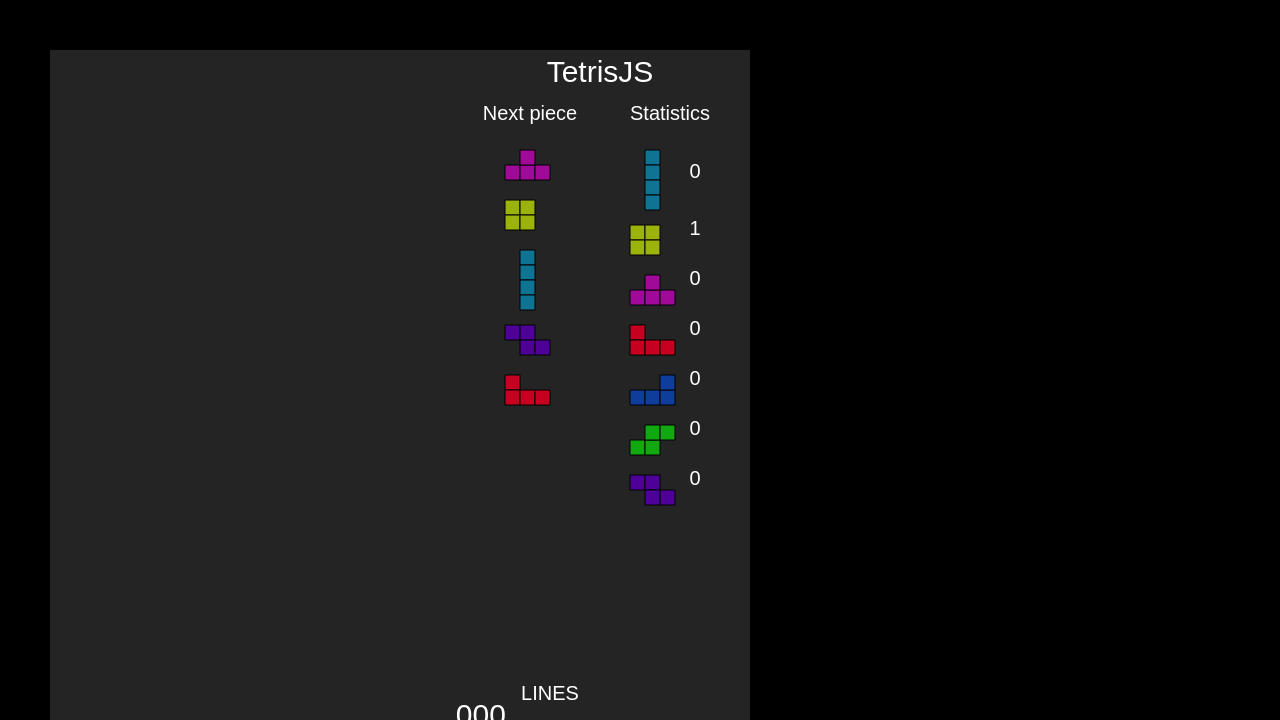
Repository: hosua/TetrisJS
Page: index.html
An editor plug-in stored every save of this project. The page is shown before and after a run of saves, followed by the edit.
The browser window is 1280 px wide. The pictures show the whole page.

Above is the page before, as saved 2023-11-07 20:11:26.
Console error: TypeError: Cannot read properties of undefined (reading 'toString')

### index.html
<html lang="en">
	<link rel="stylesheet" href="style.css">
	<head>
		<meta charset="UTF-8" />
		<meta name="viewport" content="width=device-width, initial-scale=1.0" />
		<title>TetrisJS</title>
	</head>
	<body>
		<canvas id="background-canvas" width="700" height="800"></canvas>
		<canvas id="tetris-canvas" width="400" height="800"></canvas>

		<script type="module" src="./src/main.js"></script>
	</body>
</html>

### src/main.js
import { GFX, Tetris, Tetronimo, P_TYPE, KEY } from "./Tetris.js"

const FALL_TICK = 200; // If we ever implement levels, this determines the difficulty
const DELAY_TICK = 200; // additional wait time after a piece lands
const CLEAR_DELAY = 200; // additional wait time before a line is cleared

let gfx = new GFX();
let tetris = new Tetris(15);

function handle_input(e) {
	let keycode = e.keyCode;
	console.log(`Pressing ${keycode}`);
	switch (keycode) {
		case KEY.LEFT:
		case KEY.RIGHT:
		case KEY.DOWN:
			tetronimo.move(keycode, tetris);
			break;
		case KEY.X:
		case KEY.Z:
			tetronimo.rotate(keycode, tetris);
			break;
		case KEY.SPACE:
			tetronimo.hard_drop(tetris);
			break;
	}
	gfx.draw_all_game_elements(tetris.grid, tetronimo);
}

document.addEventListener('keydown', (e) => { return handle_input(e); });

let tetronimo = tetris.queue.shift();
tetris.piece_counter[tetronimo.type]++;

while (true) {
	while (!tetris.check_gameover()) {
		gfx.draw_ui_all(tetris);
		while (tetronimo.fall(tetris.grid)) {
			gfx.draw_all_game_elements(tetris.grid, tetronimo);
			await new Promise(resolve => setTimeout(resolve, tetris.fall_tick));
			console.log(`fall tick: ${tetris.fall_tick}`);
		}
		tetronimo = tetris.queue.shift();
		tetris.queue.push(tetris.spawn_rand_piece());
		tetris.piece_counter[tetronimo.type]++;

		let lines_cleared_this_turn = tetris.clear_lines();
		if (lines_cleared_this_turn > 0) {
			await new Promise(resolve => setTimeout(resolve, CLEAR_DELAY));
			gfx.draw_all_game_elements(tetris.grid, tetronimo);
			tetris.score_keeper(lines_cleared);
		}
		await new Promise(resolve => setTimeout(resolve, DELAY_TICK));
	}
	gfx = new GFX();
	tetris = new Tetris();
}

### src/Tetris.js
const bg_canvas = document.getElementById("background-canvas");
const tetris_canvas = document.getElementById("tetris-canvas");

const BG_COLOR = "#242424";
const FIELD_COLOR = "grey";
const PLAYFIELD_YMAX = 25;
const PLAYFIELD_XMAX = 10;
const Y_OFF = 5;

export const KEY = {
	SPACE: 32, 								// hard drop
	LEFT: 37, UP: 38, RIGHT: 39, DOWN: 40,  // move piece
	C: 67, 									// hold piece
	P: 80, 									// pause
	X: 88, 									// rotate right
	Z: 90, 									// rotate left
};

export const P_TYPE = {
	NONE: 0,
	I: 1, O: 2, T: 3, S: 4,
	Z: 5, J: 6, L: 7,
}

const P_COLORS = {
	[P_TYPE.I]: "#0f7394", [P_TYPE.O]: "#9cb30b", [P_TYPE.T]: "#a10a99",
	[P_TYPE.S]: "#11a811", [P_TYPE.Z]: "#4f0099", [P_TYPE.J]: "#c70021",
	[P_TYPE.L]: "#0e3d9c",
}

export class Tetronimo {
	constructor(piece_type) {
		this.type = piece_type;
		this.origin = [0, 0];
		this.blocks = Array(4).fill([0, 0]); // block positions relative to origin
		this.spawn_piece();
	}

	print() {
		console.log(this.origin);
		console.log(this.blocks);
	}

	// Since collision detection can usually be solved by checking mins and maxes, some helper methods
	// for getting them are implemented
	min_x() {
		let res = Number.MAX_SAFE_INTEGER;
		for (let block of this.blocks)
			res = Math.min(res, block[0] + this.origin[0]);
		return res;
	}

	max_x() {
		let res = Number.MIN_SAFE_INTEGER;
		for (let block of this.blocks)
			res = Math.max(res, block[0] + this.origin[0]);
		return res;
	}

	min_y() {
		let res = Number.MAX_SAFE_INTEGER;
		for (let block of this.blocks)
			res = Math.min(res, block[1] + this.origin[1]);
		return res;
	}

	max_y() {
		let res = Number.MIN_SAFE_INTEGER;
		for (let block of this.blocks)
			res = Math.max(res, block[1] + this.origin[1]);
		return res;
	}

	// check if valid move by making a copy of the tetronimo's new position and checking if there is
	// any overlap with the grid.
	// Returns true if the new move is valid
	check_move(grid, dx, dy) {
		for (let block of this.blocks) {
			let nx = this.origin[0] + dx + block[0];
			let ny = this.origin[1] + dy + block[1];
			if (grid[ny][nx] !== P_TYPE.NONE)
				return false;
		}
		return true;
	}

	spawn_piece() {
		this.origin = [5, 4];
		switch (this.type) {
			case P_TYPE.I:
				this.blocks = [[0, -1], [0, 0], [0, 1], [0, 2]];
				break;
			case P_TYPE.O:
				this.blocks = [[-1, -1], [-1, 0], [0, -1], [0, 0]];
				break;
			case P_TYPE.T:
				this.blocks = [[-1, 0], [0, 0], [1, 0], [0, -1]];
				break;
			case P_TYPE.S:
				this.blocks = [[-1, 0], [0, 0], [0, -1], [1, -1]];
				break;
			case P_TYPE.Z:
				this.blocks = [[-1, -1], [0, -1], [0, 0], [1, 0]];
				break;
			case P_TYPE.J:
				this.blocks = [[-1, -1], [-1, 0], [0, 0], [1, 0]];
				break;
			case P_TYPE.L:
				this.blocks = [[-1, 0], [0, 0], [1, 0], [1, -1]];
				break;
		}
	}

	// This will check the grid to see if the piece can fall down. If it can, it will move piece down once.
	// returns true if still falling
	fall(grid) {
		let can_fall = true;
		for (let block of this.blocks) {
			let x = this.origin[0] + block[0];
			let y = this.origin[1] + block[1];
			// console.log(x, y);
			// check if min y pos is at bottom
			if (y === PLAYFIELD_YMAX - 1) { // at bottom
				can_fall = false;
			} else if (grid[y + 1][x] !== P_TYPE.NONE) { // if below piece is non-empty
				can_fall = false;
			}
			if (!can_fall)
				break;
		}


		if (can_fall) {
			// move down
			this.origin[1] += 1;
		} else {
			// set to grid
			for (let block of this.blocks) {
				let x = this.origin[0] + block[0];
				let y = this.origin[1] + block[1];
				grid[y][x] = this.type;
			}
		}

		return can_fall;
	}

	move(keycode, tetris) {

		switch (keycode) {
			case KEY.LEFT:
				if (this.min_x() > 0 && this.check_move(tetris.grid, -1, 0))
					this.origin[0]--;
				break;
			case KEY.DOWN:
				if (this.max_y() < PLAYFIELD_YMAX - 1 && this.check_move(tetris.grid, 0, +1)) {
					this.origin[1]++;
					tetris.score += 1; // This will add 1 extra point for every block hard/soft dropped.
				}
				break;
			case KEY.RIGHT:
				if (this.max_x() < PLAYFIELD_XMAX - 1 && this.check_move(tetris.grid, +1, 0))
					this.origin[0]++;
				break;
			case KEY.UP: // This should be removed when were no longer testing
				if (this.max_y() > 0 && this.check_move(tetris.grid, 0, -1))
					this.origin[1]--;
				break;
			default:
				console.log("Error: Move has wrong key: ", keycode);
				break;
		}
	}

	rotate(keycode, tetris) {
		// We cannot rotate O
		if (this.type === P_TYPE.O)
			return;

		// Returns the rotated version of the blocks.
		const get_rotated = (keycode) => {
			// This is a separate function because we want a copy of the rotated
			// piece before actually rotating it to check if the rotation overlaps
			// with another piece, or falls outside the boundaries of the tetris.grid.
			let rotated = this.blocks.map((coord) => { return coord.slice() }); // create hard copy
			if (keycode === KEY.Z) {
				for (let coord of rotated) {
					let x = coord[0];
					let y = coord[1];
					coord[0] = y;
					coord[1] = -x;
				}
			} else if (keycode === KEY.X) {
				for (let coord of rotated) {
					let x = coord[0];
					let y = coord[1];
					coord[0] = -y;
					coord[1] = x;
				}
			}
			return rotated;
		}

		let can_rotate = true;
		let rotated = get_rotated(keycode);
		for (let rot of rotated) {
			let rx = this.origin[0] + rot[0];
			let ry = this.origin[1] + rot[1];
			// first, check if rotated position is within the boundaries of the grid
			if (rx < 0 || rx >= PLAYFIELD_XMAX || ry < 0 || ry >= PLAYFIELD_YMAX) {
				can_rotate = false;
				break;
			}
			// second, check if the rotated position overlaps with any
			// other pieces already on the grid
			if (tetris.grid[ry][rx] !== P_TYPE.NONE) {
				can_rotate = false;
				break;
			}
		}
		if (can_rotate)
			this.blocks = rotated;
	}

	hard_drop(tetris) {
		while (this.fall(tetris.grid)) {
			this.move(KEY.DOWN, tetris);
		}
	}
}

// Actual Tetris Logic
export class Tetris {
	constructor(start_level = 0) {
		this.grid = Array(PLAYFIELD_YMAX).fill().map(
			() => Array(PLAYFIELD_XMAX).fill(P_TYPE.NONE)
		);
		this.piece_counter = { [P_TYPE.I]: 0, [P_TYPE.O]: 0, [P_TYPE.T]: 0, [P_TYPE.J]: 0, [P_TYPE.L]: 0, [P_TYPE.S]: 0, [P_TYPE.Z]: 0 }

		this.score = 0;
		this.level = start_level;
		this.lines_cleared = 0;
		this.tetris_count = 0;
		this.fall_tick = 0; // ms per grid
		this.update_fall_speed();

		this.queue = [];
		this.populate_queue()
	}

	print_grid() { console.log(this.grid); }

	populate_queue(n = 10) {
		this.queue = [];
		for (let i = 0; i < n; i++)
			this.queue.push(this.spawn_rand_piece())
	}

	// If any pieces land above where the game renders, it's game over
	check_gameover() {
		for (let y = 3; y < 5; y++) {
			for (let x = 0; x < PLAYFIELD_XMAX; x++) {
				if (this.grid[y][x] !== P_TYPE.NONE) {
					console.log("Game over!");
					return true;
				}
			}
		}
		return false;
	}

	spawn_rand_piece() {
		let rand_type = Math.round(Math.random() * (P_TYPE.L - 1) + 1);
		return new Tetronimo(rand_type);
	}

	// checks and clears all full lines, returns how many lines were cleared
	clear_lines() {
		console.log("Checking for full lines");
		let lines_cleared = 0;
		// Do a downward scan to see if line is full
		for (let y = 5; y < PLAYFIELD_YMAX; y++) {
			console.log(`y: ${y}`);
			let is_full = true;

			// scan the line
			for (let x = 0; x < PLAYFIELD_XMAX; x++) {
				if (this.grid[y][x] === P_TYPE.NONE) {
					is_full = false;
					break;
				}
			}

			if (is_full) {
				console.log(`Detected full line at ${y}`);
				// clear the current line
				for (let x = 0; x < PLAYFIELD_XMAX; x++) {
					this.grid[y][x] = P_TYPE.NONE;
				}
				// shift all lines above from current y coordinate down 1
				for (let yy = y; yy >= 5; yy--) {
					this.grid[yy] = this.grid[yy - 1]
				}
				lines_cleared++; // will be used for scoring when it's implemented
			}
		}
		return lines_cleared;
	}

	score_keeper(lines_cleared) {
		// n = level
		// 1 line 		2 line 			3 line 			4 line
		// 40 * (n + 1)	100 * (n + 1)	300 * (n + 1)	1200 * (n + 1)
		switch (lines_cleared) {
			case 1:
				this.score += 40 * (this.level + 1);
				break;
			case 2:
				this.score += 100 * (this.level + 1);
				break;
			case 3:
				this.score += 300 * (this.level + 1);
				break;
			case 4:
				this.score += 1200 * (this.level + 1);
				break;
		}
	}

	// When level up happens, speed up the fall speed.
	update_fall_speed() {
		if (this.level < 9)
			this.fall_tick = (48 - (5 * (this.level + 1))) * 61;
		else if (this.level == 9)
			this.fall_tick = 6 * 61;
		else if (this.level < 13)
			this.fall_tick = 5 * 61;
		else if (this.level < 16)
			this.fall_tick = 4 * 61;
		else if (this.level < 16)
			this.fall_tick = 3 * 61;
		else if (this.level < 19)
			this.fall_tick = 2 * 61;
		else
			this.fall_tick = 1 * 61;
	}
}

// Tetronimo objects for drawing UI
const TET_UI = [
	new Tetronimo(P_TYPE.I),
	new Tetronimo(P_TYPE.O),
	new Tetronimo(P_TYPE.T),
	new Tetronimo(P_TYPE.J),
	new Tetronimo(P_TYPE.L),
	new Tetronimo(P_TYPE.S),
	new Tetronimo(P_TYPE.Z),
]

export class GFX {
	constructor() {
		bg_canvas.style.position = "absolute";
		tetris_canvas.style.position = "absolute";
		bg_canvas.style.top = "50";
		bg_canvas.style.left = "50";
		tetris_canvas.style.top = "50";
		tetris_canvas.style.left = "50";
		this.ui_offset = tetris_canvas.width;
		this.ui_width = bg_canvas.width - tetris_canvas.width;
	}


	draw_playfield() {
		const ctx = tetris_canvas.getContext("2d");
		ctx.fillStyle = FIELD_COLOR;
		ctx.fillRect(0, 0, tetris_canvas.width, tetris_canvas.height);
	}

	draw_gridlines() {
		const ctx = tetris_canvas.getContext("2d");
		const horiz_inc = tetris_canvas.height / 20;
		const vert_inc = tetris_canvas.width / 10;

		// Draw horizontal lines
		for (let y = 0; y < tetris_canvas.height; y += horiz_inc) {
			ctx.beginPath();
			ctx.moveTo(0, y);
			ctx.lineTo(tetris_canvas.width, y);
			ctx.stroke();
		}
		// Draw vertical lines
		for (let x = 0; x < tetris_canvas.width; x += vert_inc) {
			ctx.beginPath();
			ctx.moveTo(x, 0);
			ctx.lineTo(x, tetris_canvas.height);
			ctx.stroke();
		}
	}

	// Draw the actual pieces and shit on the 2d grid (except the piece currently in motion)
	draw_grid_elements(grid) {
		const ctx = tetris_canvas.getContext("2d");
		const horiz_inc = tetris_canvas.height / 20;
		const vert_inc = tetris_canvas.width / 10;

		for (let y = PLAYFIELD_YMAX - 1; y >= PLAYFIELD_YMAX - 20; y--) {
			for (let x = 0; x < PLAYFIELD_XMAX; x++) {
				// dx, dy are drawing coords
				let dx = x * horiz_inc;
				let dy = (y - Y_OFF) * vert_inc;
				if (grid[y][x] != P_TYPE.NONE) {
					ctx.fillStyle = P_COLORS[grid[y][x]];
					ctx.beginPath();
					ctx.rect(dx, dy, horiz_inc, vert_inc);
					ctx.fill();
					ctx.stroke();
				}
			}
		}
	}

	// this will draw the tetronimo in motion
	// We are avoiding putting the tetronimo on the actual grid until it lands, this way we don't
	// have to handle creating and destroying the blocks every time it shifts down once.
	draw_falling_tetronimo(tetronimo) {
		const ctx = tetris_canvas.getContext("2d");
		const horiz_inc = tetris_canvas.height / 20;
		const vert_inc = tetris_canvas.width / 10;

		let origin = tetronimo.origin;
		let blocks = tetronimo.blocks;
		let p_type = tetronimo.type;

		ctx.fillStyle = P_COLORS[p_type];
		for (let block of blocks) {
			let dx = (origin[0] + block[0]) * horiz_inc;
			let dy = (origin[1] + block[1] - Y_OFF) * vert_inc;
			ctx.beginPath();
			ctx.rect(dx, dy, horiz_inc, vert_inc);
			ctx.fill();
			ctx.stroke();
		}
	}

	draw_all_game_elements(grid, tetronimo) {
		// this.draw_background();
		this.draw_playfield();
		this.draw_grid_elements(grid);
		this.draw_gridlines();
		this.draw_falling_tetronimo(tetronimo);
	}

	/* UI drawing methods below */

	draw_ui_all(tetris) {
		this.draw_ui_background();
		this.draw_ui_text("TetrisJS", 30, this.ui_offset + (this.ui_width / 2), 32);
		this.draw_ui_stats(tetris.piece_counter);
		this.draw_ui_queue(tetris);
		this.draw_ui_text("Made by Hoswoo", 20, this.ui_offset + (this.ui_width / 2), bg_canvas.height - 15);
		this.draw_ui_score(tetris);
		this.draw_ui_level(tetris);
		this.draw_lines_cleared(tetris);
	}

	draw_ui_background() {
		const ctx = bg_canvas.getContext("2d");
		ctx.fillStyle = BG_COLOR;
		ctx.fillRect(0, 0, bg_canvas.width, bg_canvas.height);
	}

	draw_ui_mini_piece(tetronimo, x, y) {
		const ctx = bg_canvas.getContext("2d");
		const dim = 15;
		const x_off = -100;
		const y_off = -625;

		let origin = tetronimo.origin;
		let blocks = tetronimo.blocks;
		let p_type = tetronimo.type;

		ctx.fillStyle = P_COLORS[p_type];

		for (let block of blocks) {
			let dx = x + x_off + (origin[0] + block[0]) * dim;
			let dy = y + y_off + (origin[1] + block[1]) * dim;
			ctx.beginPath();
			ctx.rect(dx, dy, dim, dim);
			ctx.fill();
			ctx.stroke();
		}
	}

	draw_ui_text(text, size, x, y) {
		const ctx = bg_canvas.getContext("2d");
		ctx.font = size.toString() + "px Arial";
		ctx.textAlign = "center";
		ctx.fillStyle = "white";
		ctx.fillText(text, x, y);
	}

	draw_ui_queue(tetris, count = 5) { // Draw 'count' next pieces
		let x = this.ui_offset + 80;
		let y = this.ui_offset + 280;
		let y_inc = 50;

		this.draw_ui_text("Next piece", 20, x, 70);
		for (let i = 0; i < count; i++) {
			let piece = tetris.queue[i];
			this.draw_ui_mini_piece(piece, x + 15, y);
			if (piece.type == P_TYPE.I)
				y += 25;
			y += y_inc;
		}
	}

	draw_ui_stats(piece_counter) {
		let x = this.ui_offset + 220;
		let x_gap = 25;
		let y = this.ui_offset + 355;
		let y_inc = 50;
		let i_piece = TET_UI[0];

		this.draw_ui_text("Statistics", 20, x, 70);
		this.draw_ui_mini_piece(i_piece, x, this.ui_offset + 280);
		this.draw_ui_text(piece_counter[P_TYPE.I].toString(), 20, x + x_gap, 128);

		let dy = 185;
		let dy_inc = 50;
		for (let i = 1; i < TET_UI.length; i++) {
			let piece = TET_UI[i];
			this.draw_ui_mini_piece(piece, x, y);
			this.draw_ui_text(piece_counter[piece.type], 20, x + x_gap, dy);
			y += y_inc;
			dy += dy_inc;
		}
	}

	draw_ui_score(tetris) {
		let x = this.ui_offset + 100;
		let y = 725;
		let y_inc = 25;
		this.draw_ui_text(`SCORE`, 20, x - 48, y);
		this.draw_ui_text(`${tetris.score.toString().padStart(10, '0')}`, 30, x, y + y_inc);
	}

	draw_ui_level(tetris) {
		let x = this.ui_offset + 285;
		let y = 725;
		let y_inc = 25;
		this.draw_ui_text(`LEVEL`, 20, x - 48, y);
		this.draw_ui_text(`${tetris.level.toString().padStart(2, '0')}`, 30, x - 65, y + y_inc);
	}

	draw_lines_cleared(tetris) { // also displays tetris count
		let x = this.ui_offset + 100;
		let y = 650;
		let y_inc = 25;
		this.draw_ui_text(`LINES`, 20, x, y);
		this.draw_ui_text(`${tetris.lines_cleared.toString().padStart(3, '0')} `, 30, x - 65, y + y_inc);
		this.draw_ui_text(`Tetris: `)
	}
}

Loaded but not shown: style.css (common file)

After the next 2 saves:
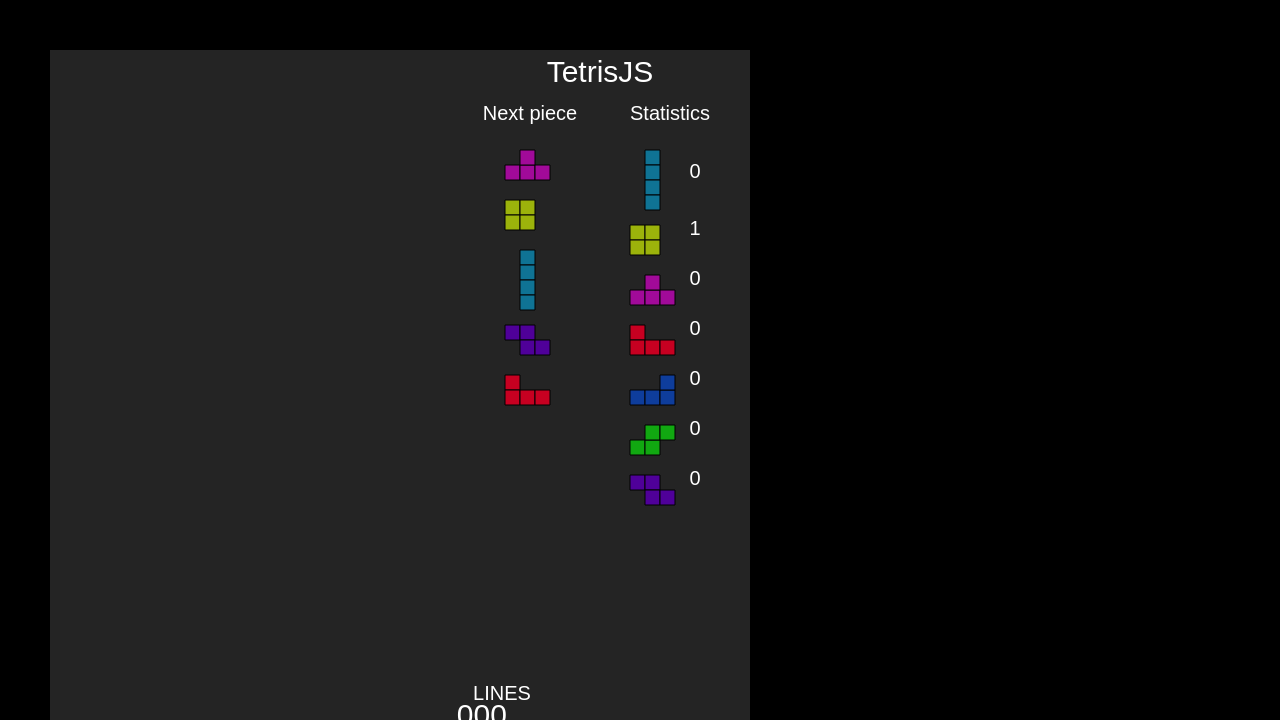
The 2 saves are shown as one change because they came seconds apart.
The last was saved 8 s later.
--- a/src/Tetris.js
+++ b/src/Tetris.js
@@ -556,8 +556,8 @@
 		let x = this.ui_offset + 100;
 		let y = 650;
 		let y_inc = 25;
-		this.draw_ui_text(`LINES`, 20, x, y);
-		this.draw_ui_text(`${tetris.lines_cleared.toString().padStart(3, '0')} `, 30, x - 65, y + y_inc);
+		this.draw_ui_text(`LINES`, 20, x - 48, y);
+		this.draw_ui_text(`${tetris.lines_cleared.toString().padStart(3, '0')} `, 30, x - 64, y + y_inc);
 		this.draw_ui_text(`Tetris: `)
 	}
 }
